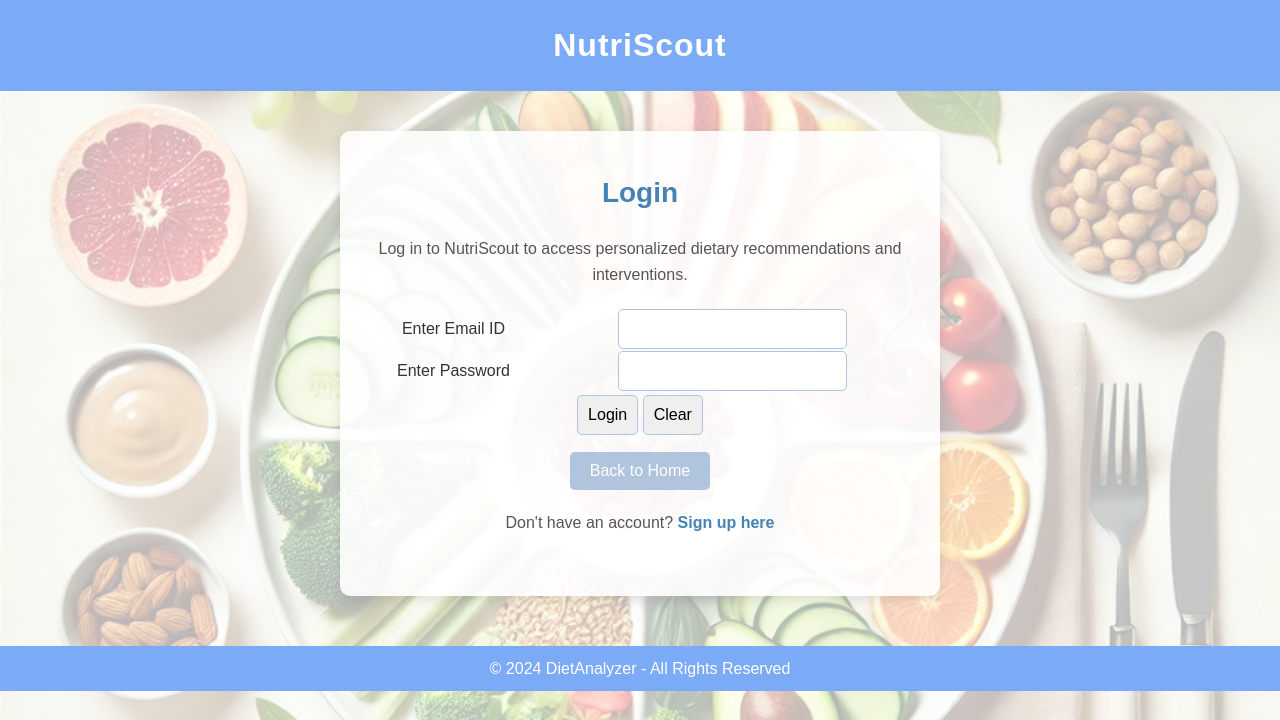
Repository: chaitanyasivathmika/NutrientDiet
Page: http://localhost/NutrientDiet/userlogin.jsp
An editor plug-in stored every save of this project. The page is shown before and after a run of saves, followed by the edit.
The browser window is 1280 px wide. The pictures show the whole page.
The page is served by Tomcat 10.

Above is the page before, as saved 2024-11-17 04:24:26.

After the next 2 saves:
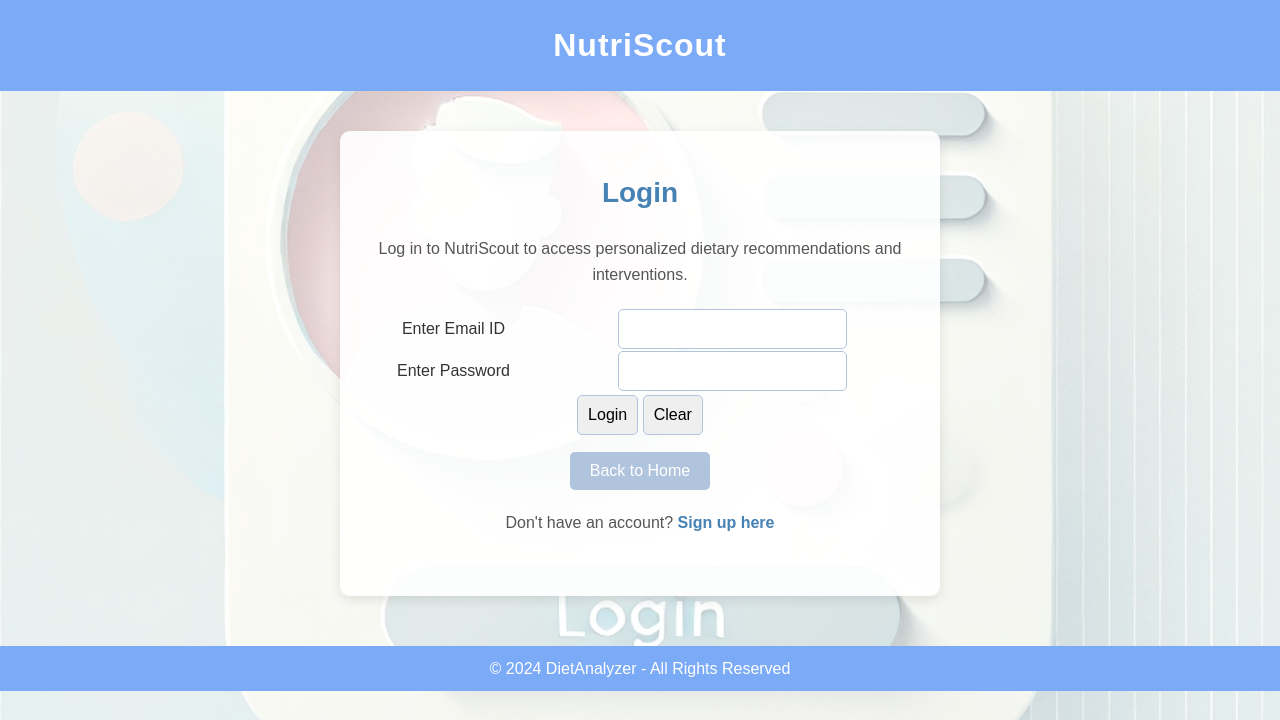
The 2 saves are shown as one change because they came seconds apart.
The last was saved 7 s later.
--- a/NutrientDiet/src/main/webapp/userlogin.jsp
+++ b/NutrientDiet/src/main/webapp/userlogin.jsp
@@ -16,7 +16,7 @@
 
 body {
     font-family: 'Arial', sans-serif;
-    background: url('images/home.webp') no-repeat center center fixed; /* Add your image path */
+    background: url('images/userlogin.webp') no-repeat center center fixed; /* Add your image path */
     background-size: cover; /* Ensure the image covers the entire background */
     color: #333;
     line-height: 1.6;
